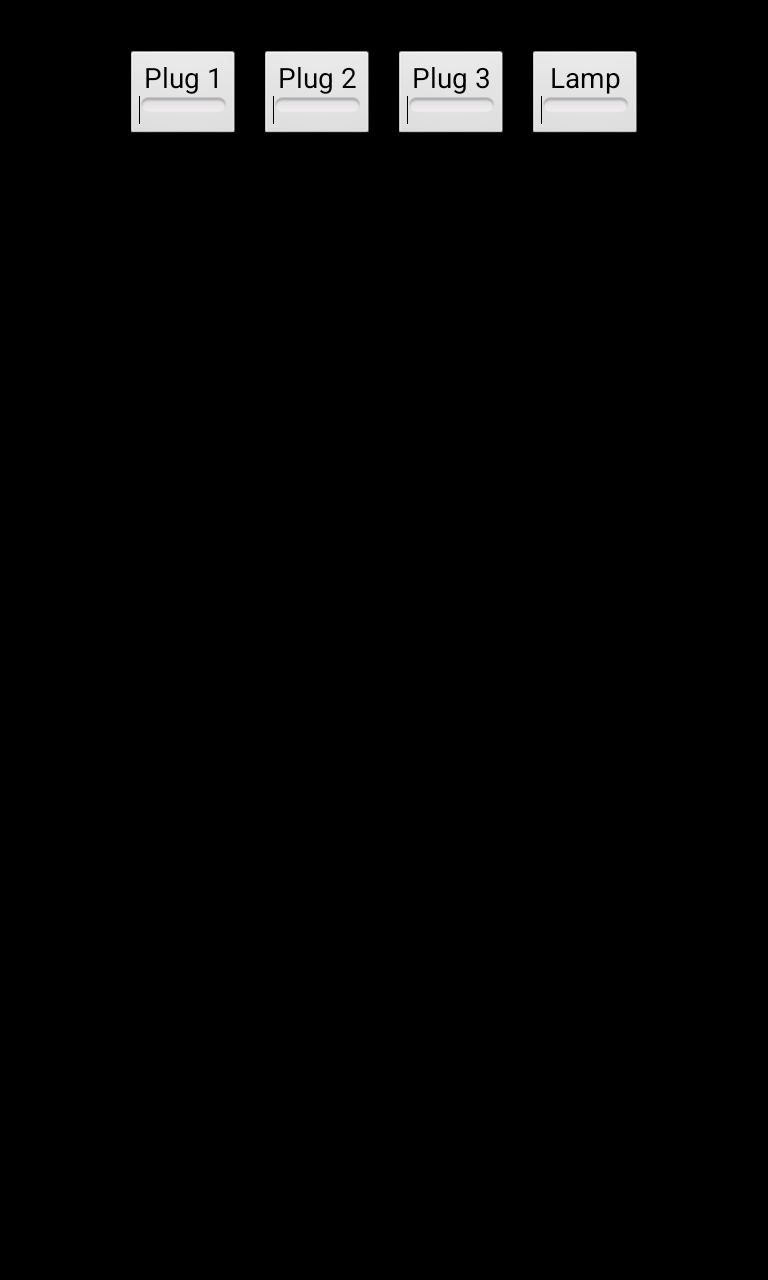
Repository: deanzaka/Shroom-Smart-Terminal
Layout: IOIOShroomST/res/layout/main.xml
An editor plug-in stored every save of this project. The layout is shown before and after the next save, followed by the edit.
It is drawn on a 768 x 1280 px phone screen (xhdpi) without system bars, with theme android:Theme; the app's code is not run.

Above is the layout before, as saved 2014-11-16 21:14:26.

### IOIOShroomST/res/layout/main.xml
<?xml version="1.0" encoding="utf-8"?>
<LinearLayout xmlns:android="http://schemas.android.com/apk/res/android"
    android:orientation="vertical"
    android:layout_width="fill_parent"
    android:layout_height="fill_parent">
	<RelativeLayout
	    android:layout_width="match_parent"
		android:layout_height="wrap_content"
		android:orientation="horizontal"
		android:gravity="center_horizontal"
		android:paddingTop="20dp">

	    <ToggleButton
			android:id="@+id/Terminal1"
			android:layout_width="wrap_content"
			android:layout_height="wrap_content"
			android:layout_margin="5dp"
			android:text="@string/terminal_1"
			android:textOn="@string/terminal_1"
			android:textOff="@string/terminal_1"
			/>

		<ToggleButton
			android:id="@+id/Terminal2"
			android:layout_width="wrap_content"
			android:layout_height="wrap_content"
			android:layout_toRightOf="@id/Terminal1"
			android:layout_margin="5dp"
			android:text="@string/terminal_2"
			android:textOn="@string/terminal_2"
			android:textOff="@string/terminal_2"
			/>

		<ToggleButton
			android:id="@+id/Terminal3"
			android:layout_width="wrap_content"
			android:layout_height="wrap_content"
			android:layout_toRightOf="@id/Terminal2"
			android:layout_margin="5dp"
			android:text="@string/terminal_3"
			android:textOn="@string/terminal_3"
			android:textOff="@string/terminal_3"
			/>

		<ToggleButton
			android:id="@+id/Lamp"
			android:layout_width="wrap_content"
			android:layout_height="wrap_content"
			android:layout_toRightOf="@id/Terminal3"
			android:layout_margin="5dp"
			android:text="@string/lamp"
			android:textOn="@string/lamp"
			android:textOff="@string/lamp"
			/>

	</RelativeLayout>

	</LinearLayout>

### IOIOShroomST/res/values/strings.xml
<?xml version="1.0" encoding="utf-8"?>
<resources>
    <string name="app_name">Shroom - Smart Outlet</string>
    <string name="terminal_1">Plug 1</string>
    <string name="terminal_2">Plug 2</string>
    <string name="terminal_3">Plug 3</string>
    <string name="lamp">Lamp</string>

    <string name="light_label">Light intensity: </string>
    <string name="temp_label">Temperature</string>
    <string name="cel_label">celcius</string>
    <string name="lux_label">lux</string>

    <string name="auto_label">Auto Mode</string>




</resources>

After the next save:
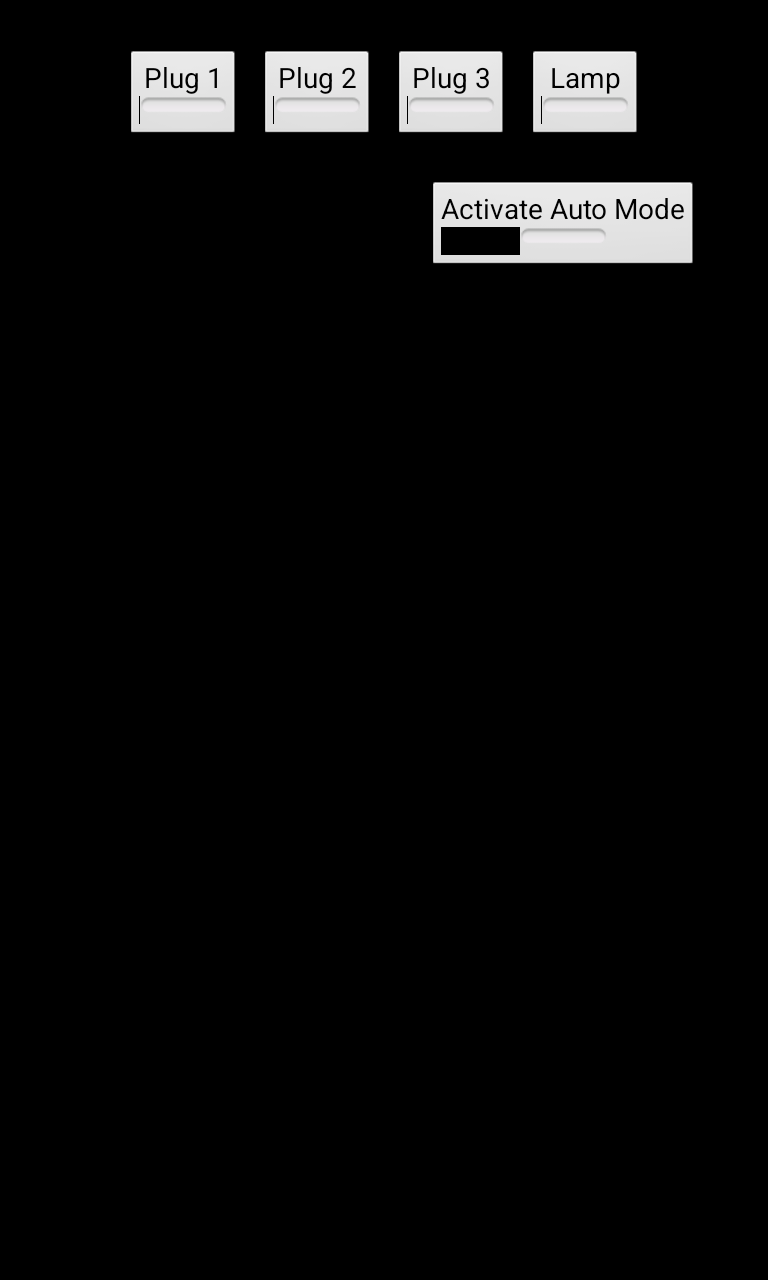
Saved 45 s later.
--- a/IOIOShroomST/res/layout/main.xml
+++ b/IOIOShroomST/res/layout/main.xml
@@ -55,4 +55,23 @@
 
 	</RelativeLayout>
 
+	<RelativeLayout
+	    android:layout_width="match_parent"
+		android:layout_height="wrap_content"
+		android:orientation="horizontal"
+		android:gravity="right"
+		android:paddingTop="10dp"
+		android:paddingRight="30dp">
+
+	    <ToggleButton
+			android:id="@+id/AutoMode"
+			android:layout_width="wrap_content"
+			android:layout_height="wrap_content"
+			android:layout_margin="5dp"
+			android:text="@string/auto_label"
+			android:textOn="Deactivate Auto Mode"
+			android:textOff="Activate Auto Mode"
+			/>
+	</RelativeLayout>
+
 	</LinearLayout>
